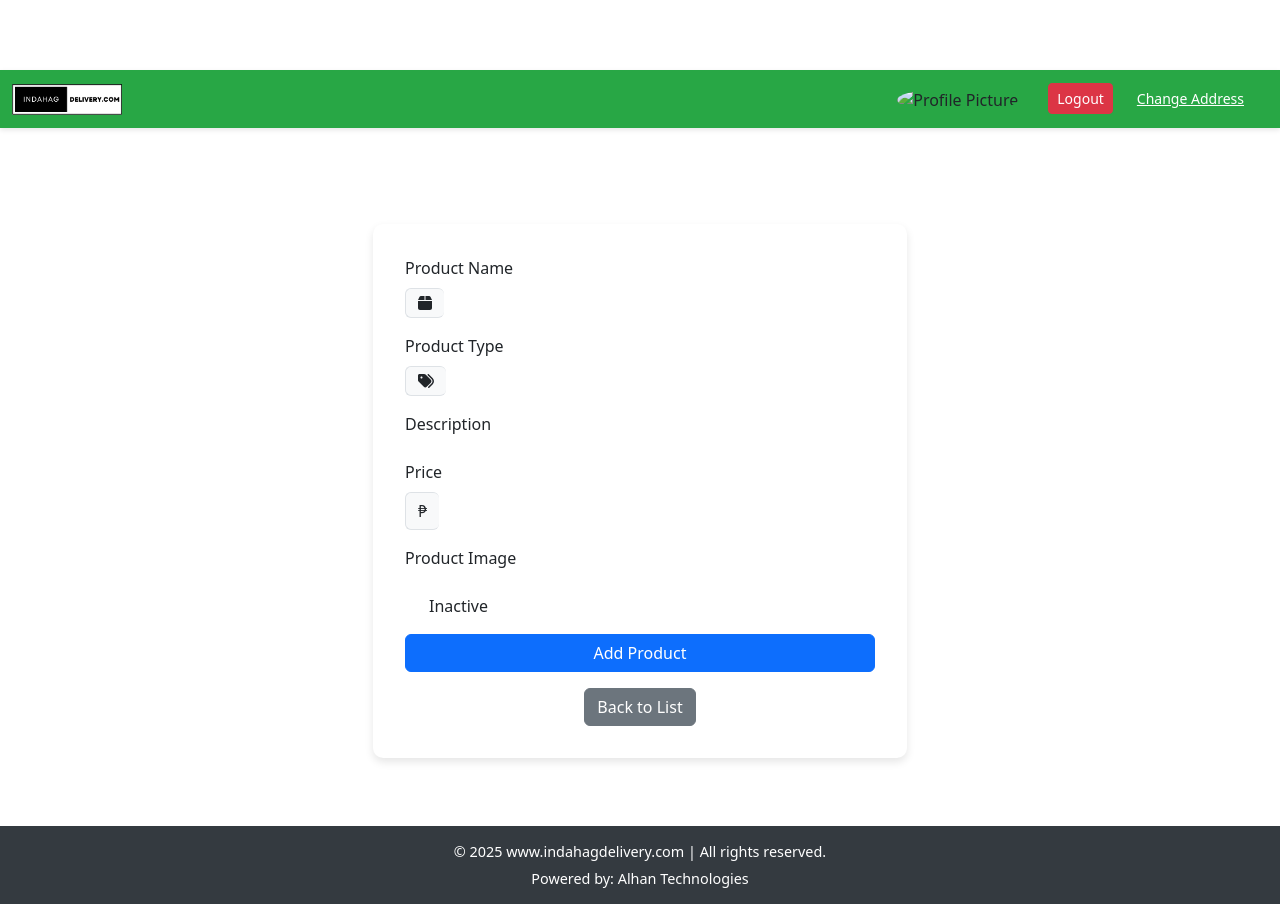
Repository: Jijiluzana225/indahagdelivery.com
Page: store/templates/store/product_form.html
The author's editor kept a copy of each file at every save. The page is drawn from the files as they stood at one save, then again after the next save.
The browser window is 1280 px wide. The pictures show the whole page.
The template is drawn by Django 5.2. The application's start-up code is not run. The template is opened directly, without the code that normally fills it, so the values that code supplies are empty.

Above is the page before, as saved 2025-01-22 14:37:31.

After the next save:
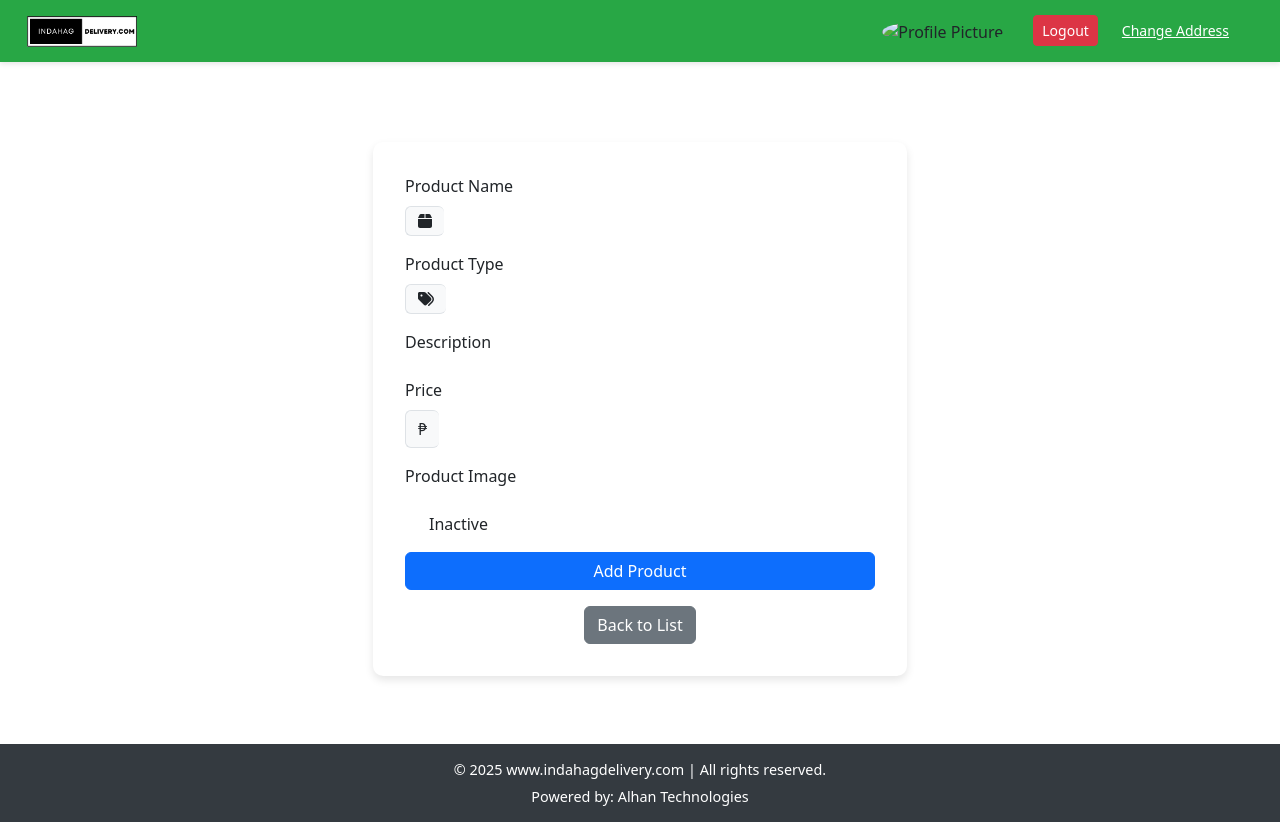
Saved 37 s later.
--- a/store/templates/store/product_form.html
+++ b/store/templates/store/product_form.html
@@ -2,10 +2,6 @@
 
 {% block content %}
 <head>
-    <meta charset="UTF-8">
-
-    <link href="https://cdn.jsdelivr.net/npm/bootstrap@5.3.0-alpha3/dist/css/bootstrap.min.css" rel="stylesheet">
-    <link rel="stylesheet" href="https://cdnjs.cloudflare.com/ajax/libs/font-awesome/6.0.0-beta3/css/all.min.css">
     <style>
         /* Card styling */
         .form-container {

After the 2 saves that followed:
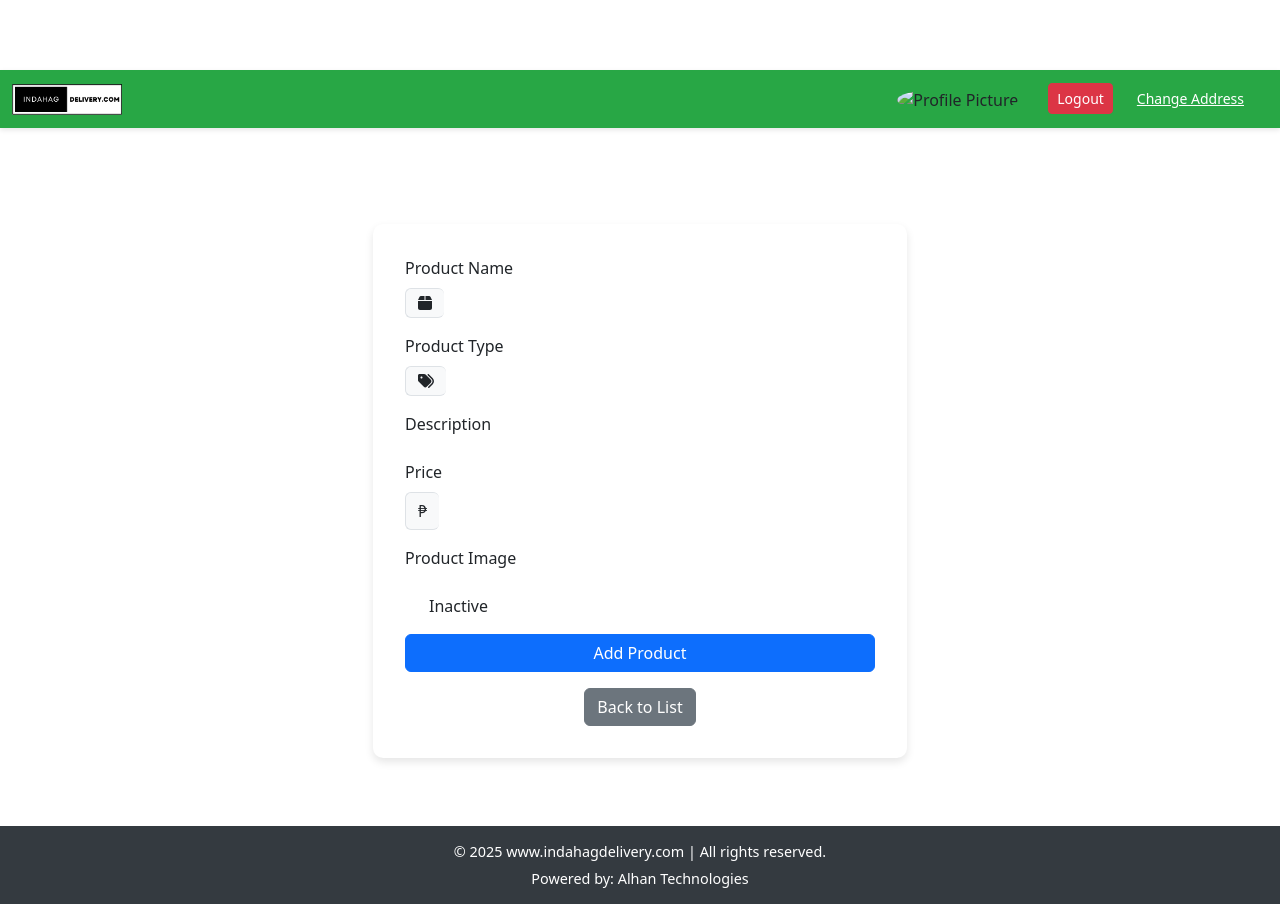
The 2 saves are shown as one change because 1 left the picture as it was.
The last was saved 47 s later.
--- a/store/templates/store/product_form.html
+++ b/store/templates/store/product_form.html
@@ -1,7 +1,11 @@
 {% extends 'store/base.html' %}
 
 {% block content %}
-<head>
+
+    <meta charset="UTF-8">
+
+    <link href="https://cdn.jsdelivr.net/npm/bootstrap@5.3.0-alpha3/dist/css/bootstrap.min.css" rel="stylesheet">
+    <link rel="stylesheet" href="https://cdnjs.cloudflare.com/ajax/libs/font-awesome/6.0.0-beta3/css/all.min.css">
     <style>
         /* Card styling */
         .form-container {
@@ -39,7 +43,7 @@
 
 
     </style>
-</head>
+
 <body>
     <div class="container py-5">
         <h1 class="text-center mb-4">{{ title }}</h1>
